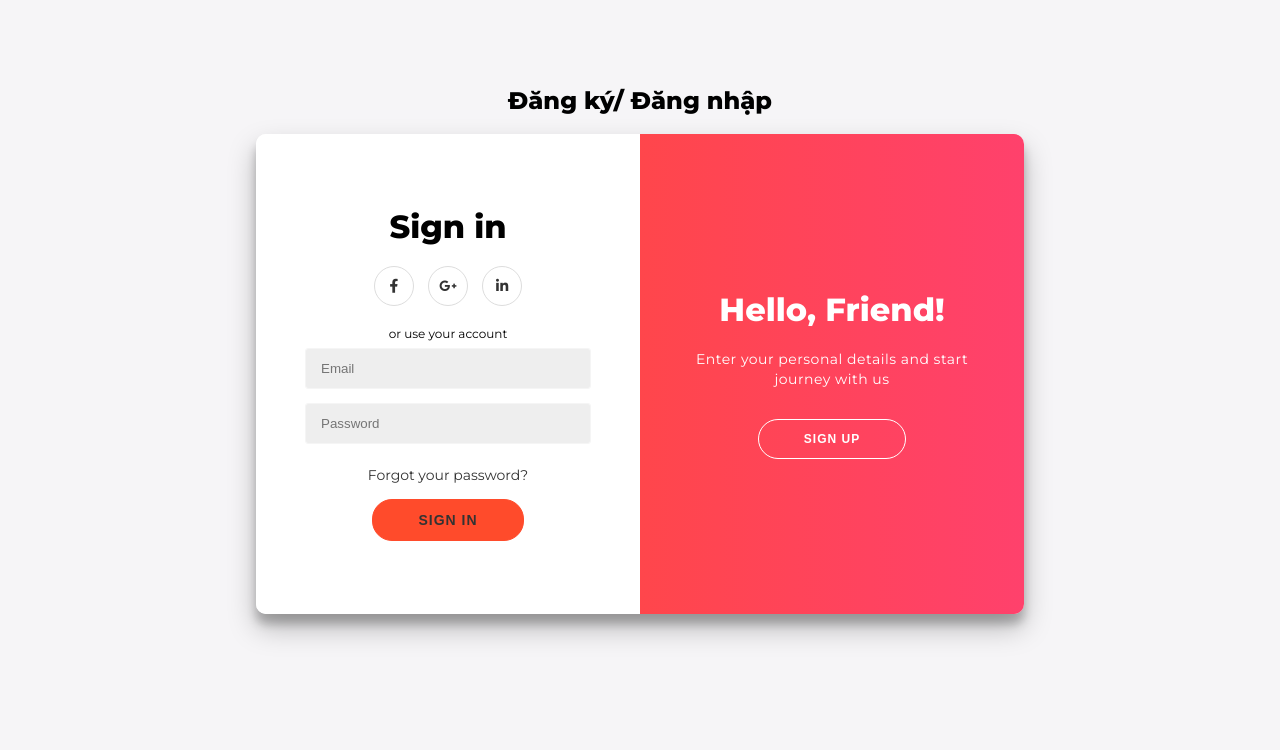
Repository: Qson412/BTL_Web
Page: test.html
The author's editor kept a copy of each file at every save. The page is drawn from the files as they stood at one save, then again after the next save.
The browser window is 1280 px wide. The pictures show the whole page.

Above is the page before, as saved 2021-12-02 08:35:10.

After the next save:
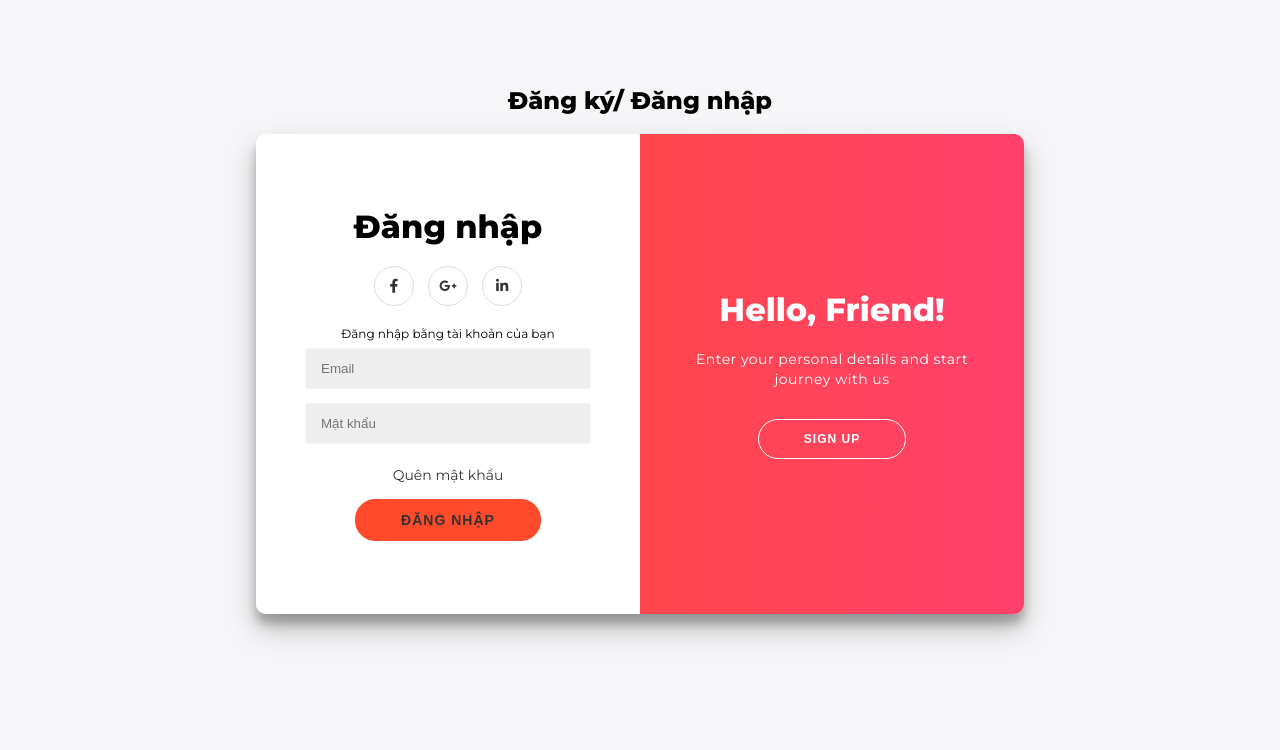
Saved 108 s later.
--- a/test.html
+++ b/test.html
@@ -31,23 +31,23 @@
         </div>
         <div class="form-container sign-in-container">
             <form action="#">
-                <h1>Sign in</h1>
+                <h1>Đăng nhập</h1>
                 <div class="social-container">
                     <a href="#" class="social"><i class="fab fa-facebook-f"></i></a>
                     <a href="#" class="social"><i class="fab fa-google-plus-g"></i></a>
                     <a href="#" class="social"><i class="fab fa-linkedin-in"></i></a>
                 </div>
-                <span>or use your account</span>
+                <span>Đăng nhập bằng tài khoản của bạn</span>
                 <input type="email" placeholder="Email" />
-                <input type="password" placeholder="Password" />
-                <a href="#">Forgot your password?</a>
-                <button><a href="./index.html">Sign In</a> </button>
+                <input type="password" placeholder="Mật khẩu" />
+                <a href="#">Quên mật khẩu</a>
+                <button><a href="./index.html">Đăng nhập</a> </button>
             </form>
         </div>
         <div class="overlay-container">
             <div class="overlay">
                 <div class="overlay-panel overlay-left">
-                    <h1>Welcome Back!</h1>
+                    <h1>Chào mừng quay lại</h1>
                     <p>To keep connected with us please login with your personal info</p>
                     <button class="ghost" id="signIn">Sign In</button>
                 </div>
